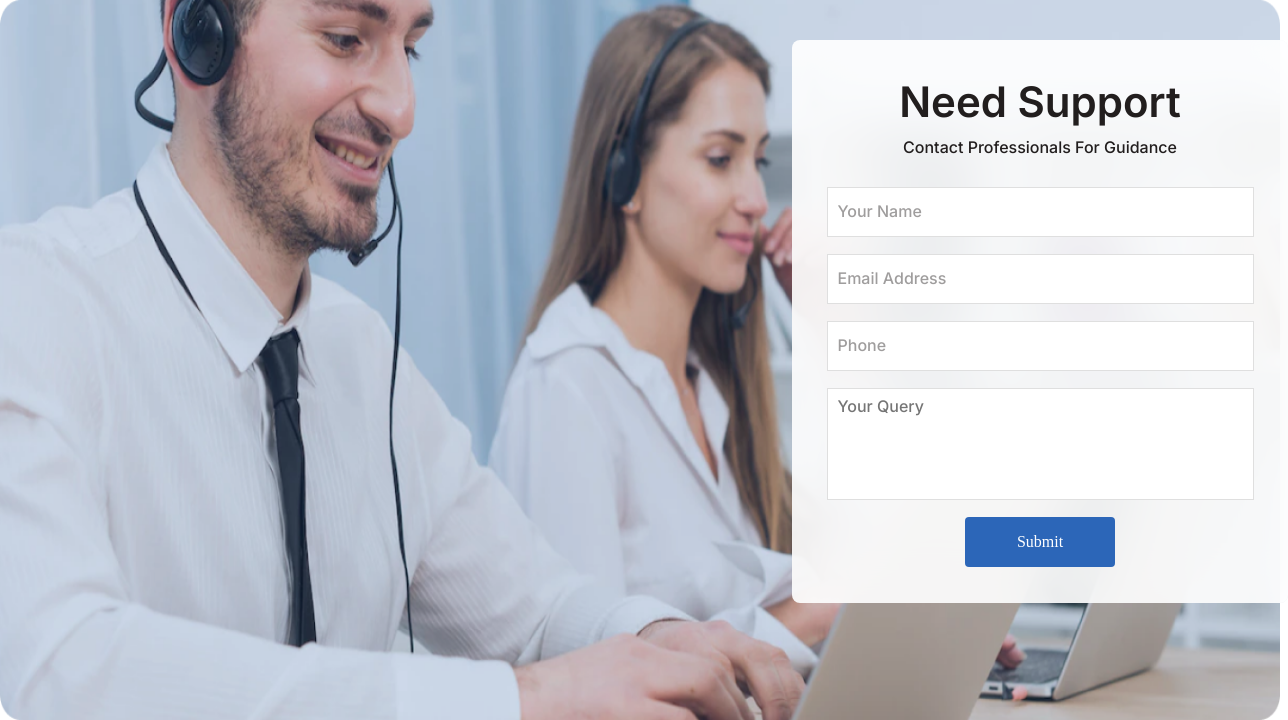
Repository: FaridRustamov09/Final-Task
Page: Pages/supportPage/index.html
An editor plug-in stored every save of this project. The page is shown before and after the next save, followed by the edit.
The browser window is 1280 px wide. The page is 1288 px wide, then 1280 px, so the pictures cover 1288 px, including what lies to the right of the window. The pictures show the whole page.
The style sheet was rebuilt from its Sass, Less or Tailwind sources for each picture, by a compiler version that may differ from the author's.

Above is the page before, as saved 2024-07-14 20:44:39.

After the next save:
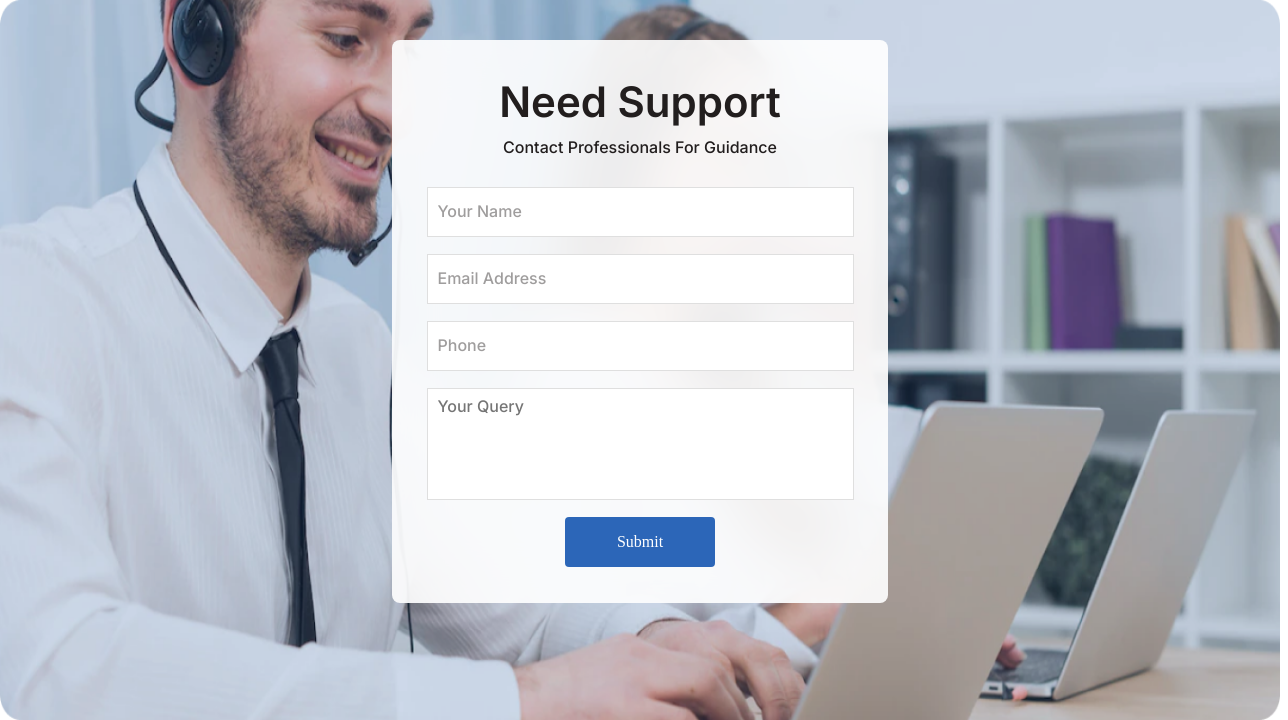
Saved 30 s later.
--- a/Pages/supportPage/index.scss
+++ b/Pages/supportPage/index.scss
@@ -11,7 +11,7 @@
   background-size: 100% 100%;
   min-height: 100vh;
   .support {
-    margin-left: 800px;
+    margin-left: auto;
     padding-top: 40px;
     display: flex;
     flex-direction: column;
